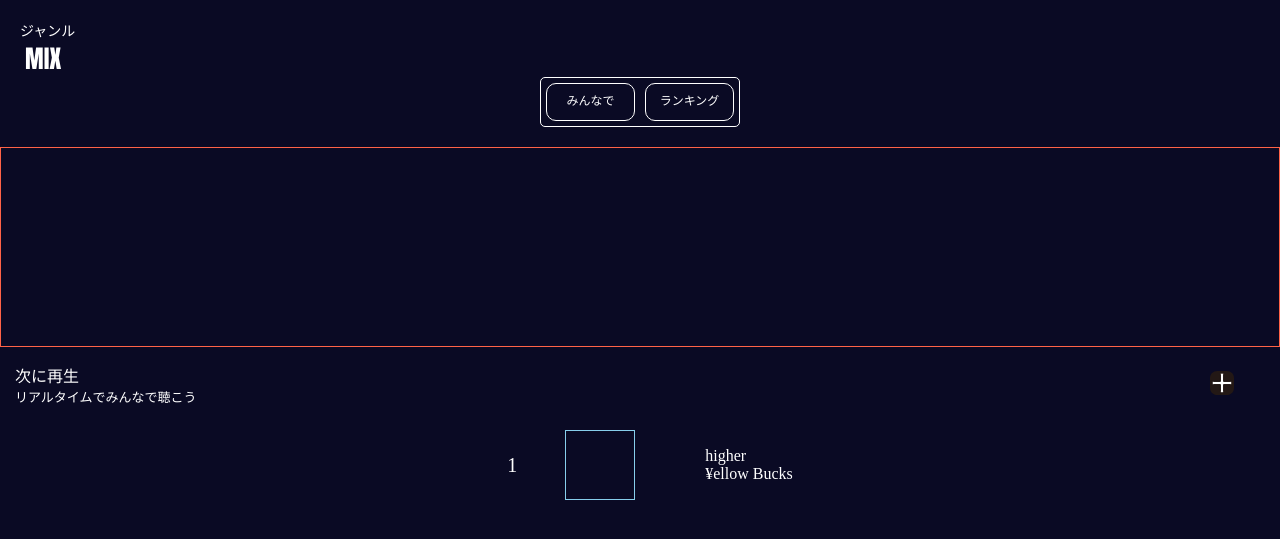
Repository: FujieRyou/2024_team
Page: /LoggedIn
An editor plug-in stored every save of this project. The page is shown before and after the next save, followed by the edit.
The browser window is 1280 px wide. The pictures show the whole page.
The project was rebuilt for these pictures with package versions that can differ from the ones it lists, and the page was loaded fresh each time. The framework's server and built-in components were replaced by stand-ins that run in the browser. Also part of the build but not shown: next.config.js.

Above is the page before, as saved 2024-01-10 11:22:33.

### src/pages/_app.jsx
import "@/styles/ress.css"
import '@/styles/index.css'

export default function App({ Component, pageProps }) {
  return <Component {...pageProps} />
}

### src/pages/LoggedIn.jsx
import React from 'react'

function LoggedIn (){
    return(
    <div id="container_wrap">
        <header>
            <div id="genre_wrap">ジャンル</div>
            <div id="mix_wrap">MIX</div>
            <div id="btn">
                <div className="everyone">みんなで</div>
                <div className="ranking">ランキング</div>
            </div>
        </header>
        <div id="main_img">
            <div className="scrollContent">
                <div className="scrollWrap">
                </div>
            </div>

        </div>
        <div id="maincontent_wrap">
            <div id="addition_wrap">
                    <p className='addition'>次に再生<br/><span>リアルタイムでみんなで聴こう</span></p>
                    <a href="">
                        <img src="./img/plusBtn.svg" alt="" />
                    </a>
            </div>
            <div id="songContent_wrap">
                <p className="song_num">1</p>
                <div id="song_wrap">
                    <div id="singer_wrap">
                        <p className="songtitle">higher</p>
                        <p className="singer">¥ellow Bucks</p>
                    </div>
                    <div className="song_img">
                    </div>
                </div>
            </div>
        </div>
    </div>
    )
}

export default LoggedIn

### src/styles/ress.css
/*!
 * ress.css • v4.0.0
 * MIT License
 * github.com/filipelinhares/ress
 */

/* # =================================================================
   # Global selectors
   # ================================================================= */

   html {
    box-sizing: border-box;
    -webkit-text-size-adjust: 100%; /* Prevent adjustments of font size after orientation changes in iOS */
    word-break: normal;
    -moz-tab-size: 4;
    tab-size: 4;
  }

  *,
  ::before,
  ::after {
    background-repeat: no-repeat; /* Set `background-repeat: no-repeat` to all elements and pseudo elements */
    box-sizing: inherit;
  }

  ::before,
  ::after {
    text-decoration: inherit; /* Inherit text-decoration and vertical align to ::before and ::after pseudo elements */
    vertical-align: inherit;
  }

  * {
    padding: 0; /* Reset `padding` and `margin` of all elements */
    margin: 0;
  }

  /* # =================================================================
     # General elements
     # ================================================================= */

  hr {
    overflow: visible; /* Show the overflow in Edge and IE */
    height: 0; /* Add the correct box sizing in Firefox */
    color: inherit; /* Correct border color in Firefox. */
  }

  details,
  main {
    display: block; /* Render the `main` element consistently in IE. */
  }

  summary {
    display: list-item; /* Add the correct display in all browsers */
  }

  small {
    font-size: 80%; /* Set font-size to 80% in `small` elements */
  }

  [hidden] {
    display: none; /* Add the correct display in IE */
  }

  abbr[title] {
    border-bottom: none; /* Remove the bottom border in Chrome 57 */
    /* Add the correct text decoration in Chrome, Edge, IE, Opera, and Safari */
    text-decoration: underline;
    text-decoration: underline dotted;
  }

  a {
    background-color: transparent; /* Remove the gray background on active links in IE 10 */
  }

  a:active,
  a:hover {
    outline-width: 0; /* Remove the outline when hovering in all browsers */
  }

  code,
  kbd,
  pre,
  samp {
    font-family: monospace, monospace; /* Specify the font family of code elements */
  }

  pre {
    font-size: 1em; /* Correct the odd `em` font sizing in all browsers */
  }

  b,
  strong {
    font-weight: bolder; /* Add the correct font weight in Chrome, Edge, and Safari */
  }

  /* https://gist.github.com/unruthless/413930 */
  sub,
  sup {
    font-size: 75%;
    line-height: 0;
    position: relative;
    vertical-align: baseline;
  }

  sub {
    bottom: -0.25em;
  }

  sup {
    top: -0.5em;
  }

  table {
    border-color: inherit; /* Correct border color in all Chrome, Edge, and Safari. */
    text-indent: 0; /* Remove text indentation in Chrome, Edge, and Safari */
  }

  /* # =================================================================
     # Forms
     # ================================================================= */

  input {
    border-radius: 0;
  }

  /* Replace pointer cursor in disabled elements */
  [disabled] {
    cursor: default;
  }

  [type='number']::-webkit-inner-spin-button,
  [type='number']::-webkit-outer-spin-button {
    height: auto; /* Correct the cursor style of increment and decrement buttons in Chrome */
  }

  [type='search'] {
    -webkit-appearance: textfield; /* Correct the odd appearance in Chrome and Safari */
    outline-offset: -2px; /* Correct the outline style in Safari */
  }

  [type='search']::-webkit-search-decoration {
    -webkit-appearance: none; /* Remove the inner padding in Chrome and Safari on macOS */
  }

  textarea {
    overflow: auto; /* Internet Explorer 11+ */
    resize: vertical; /* Specify textarea resizability */
  }

  button,
  input,
  optgroup,
  select,
  textarea {
    font: inherit; /* Specify font inheritance of form elements */
  }

  optgroup {
    font-weight: bold; /* Restore the font weight unset by the previous rule */
  }

  button {
    overflow: visible; /* Address `overflow` set to `hidden` in IE 8/9/10/11 */
  }

  button,
  select {
    text-transform: none; /* Firefox 40+, Internet Explorer 11- */
  }

  /* Apply cursor pointer to button elements */
  button,
  [type='button'],
  [type='reset'],
  [type='submit'],
  [role='button'] {
    cursor: pointer;
    color: inherit;
  }

  /* Remove inner padding and border in Firefox 4+ */
  button::-moz-focus-inner,
  [type='button']::-moz-focus-inner,
  [type='reset']::-moz-focus-inner,
  [type='submit']::-moz-focus-inner {
    border-style: none;
    padding: 0;
  }

  /* Replace focus style removed in the border reset above */
  button:-moz-focusring,
  [type='button']::-moz-focus-inner,
  [type='reset']::-moz-focus-inner,
  [type='submit']::-moz-focus-inner {
    outline: 1px dotted ButtonText;
  }

  button,
  html [type='button'], /* Prevent a WebKit bug where (2) destroys native `audio` and `video`controls in Android 4 */
  [type='reset'],
  [type='submit'] {
    -webkit-appearance: button; /* Correct the inability to style clickable types in iOS */
  }

  /* Remove the default button styling in all browsers */
  button,
  input,
  select,
  textarea {
    background-color: transparent;
    border-style: none;
  }

  a:focus,
  button:focus,
  input:focus,
  select:focus,
  textarea:focus {
    outline-width: 0;
  }

  /* Style select like a standard input */
  select {
    -moz-appearance: none; /* Firefox 36+ */
    -webkit-appearance: none; /* Chrome 41+ */
  }

  select::-ms-expand {
    display: none; /* Internet Explorer 11+ */
  }

  select::-ms-value {
    color: currentColor; /* Internet Explorer 11+ */
  }

  legend {
    border: 0; /* Correct `color` not being inherited in IE 8/9/10/11 */
    color: inherit; /* Correct the color inheritance from `fieldset` elements in IE */
    display: table; /* Correct the text wrapping in Edge and IE */
    max-width: 100%; /* Correct the text wrapping in Edge and IE */
    white-space: normal; /* Correct the text wrapping in Edge and IE */
    max-width: 100%; /* Correct the text wrapping in Edge 18- and IE */
  }

  ::-webkit-file-upload-button {
    /* Correct the inability to style clickable types in iOS and Safari */
    -webkit-appearance: button;
    color: inherit;
    font: inherit; /* Change font properties to `inherit` in Chrome and Safari */
  }

  /* # =================================================================
     # Specify media element style
     # ================================================================= */

  img {
    border-style: none; /* Remove border when inside `a` element in IE 8/9/10 */
  }

  /* Add the correct vertical alignment in Chrome, Firefox, and Opera */
  progress {
    vertical-align: baseline;
  }

  /* # =================================================================
     # Accessibility
     # ================================================================= */

  /* Specify the progress cursor of updating elements */
  [aria-busy='true'] {
    cursor: progress;
  }

  /* Specify the pointer cursor of trigger elements */
  [aria-controls] {
    cursor: pointer;
  }

  /* Specify the unstyled cursor of disabled, not-editable, or otherwise inoperable elements */
  [aria-disabled='true'] {
    cursor: default;
  }

### src/styles/index.css
html,body{
    width: 100vw;
    height: 100vh;
    background-color: #0A0A24;
    color: #fff;
}

nav{
    width: 100%;
    height: 81px;
    display: flex;
    justify-content: space-around;
    position: fixed;
    bottom: 0px;
    background-color: #0A0A24;
    border-top: solid 1px #8E8E8E;
}

.iconWrap{
    display: flex;
    flex-direction: column;
    align-items: center;
    justify-content: center;
}

.iconWrap a{
    display: flex;
    flex-direction: column;
    align-items: center;
    justify-content: center;
    text-decoration: none;
}

.iconWrap p{
    font-size: 10px;
    margin-top: 4px;
    color: #fff;
}

.loginWrap{
    width: 100vw;
    height: 100vh;
    padding-top: 200px;
}

.indexWrap{
    width: 100%;
    height: 100%;
}

/* h2{
    font-size: 64px;
    text-align: center;
    font-family: sans-serif;
    padding-top: 30px;
} */

.appName{
    font-size: 64px;
    text-align: center;
    font-family: sans-serif;
    padding-top: 30px;
    margin-top: 30px;
    color: #fff;
}

.signBtnWrap{
    width: 100%;
    height: auto;
}

.signBtn{
    display: flex;
    align-items: center;
    justify-content: center;
    width: 200px;
    height: 54px;
    border-radius: 30px;
    background-color: rgb(65, 243, 65);
    font-size: 16px;
    /* box-shadow: 3px 1px 3px 1px rgb(235, 235, 235); */
    margin: 0 auto;
    margin-top: 280px;
    color: #000;
    text-decoration: none;
}

.logoBox{
    width: 64px;
    height: 64px;
    background-color: gray;
    color: #fff;
    margin: 0 auto;
    display: flex;
    justify-content: center;
    align-items: center;
}

h2{
    text-align: center;
}

.searchWrap{
    margin-top: 69px;
    margin-bottom: 11px;
    padding: 0px 13px;
}

.searchTxt{
    width: 100%;
    height: 40px;
    border: solid 1px #000;
    background-color: #28376C;
    color: #fff;
    padding: 7px 18px;
    border-radius: 13px;

}

.searchBtn{
    width: 64px;
    height: 32px;
    background-color: aquamarine;
}

.searchResults{
    display: flex;
    gap: 8px;
    width: 100%;
    height: 88px;
    padding: 8px;
    overflow: hidden;
}

.searchResultsImg{
    width: 80px;
    height: 80px;
}

.searchResultsTxt p{
    width: 288px;
    font-size: 14px;
}

.genreWrap{
    padding: 0px 21px;
}

.genreWrap p{
    padding-left: 74px;
    margin-bottom: 12px;
}

.genruBtnWrap{
    display: flex;
    flex-wrap: wrap;
    padding: 0px 8px;
    gap: 16px 12px;
    margin: 0 auto;
}

.genruBtnWrap > button{
    width: 172px;
    height: 86px;
    background-color: #F42C2C;
    border-radius: 10px;
}

#genre_wrap{
    padding-top: 20px;
    align-items: center;
    color: #fff;
    font-size: 14px;
    margin-left: 20px;
    font-family: 'Noto Sans JP', sans-serif;
}

/* MIX */
#mix_wrap{
    font-size: 25px;
    font-family:Impact, Haettenschweiler, 'Arial Narrow Bold', sans-serif;
    margin-left: 25px;
}

/*genre btn*/
#btn{
    display: flex;
    justify-content: center;
    align-items: center;
    width: 200px;
    height: 50px;
    border: solid 1px #fff;
    border-radius: 5px;
    margin: 0 auto;
    text-align: center;
    margin-bottom: 20px;
}

.everyone{
    width: 80%;
    height: 80%;
    line-height: 35px;
    margin:0 5px;
    border: solid 1px #fff;
    border-radius: 10px;
    font-size: 12px;
    font-family:  'Noto Sans JP', sans-serif;
}

.ranking{
    width: 80%;
    height: 80%;
    line-height: 35px;
    margin:0 5px;
    border: solid 1px #fff;
    border-radius: 10px;
    font-size: 12px;
    font-family:  'Noto Sans JP', sans-serif;;
}


/*main*/
#main_img{
    width: 100%;
    height: 200px;
    border: solid 1px tomato;
    margin: 0 auto;

}

/*見出し*/
#addition_wrap{
    width: 100%;
    margin-top: 16px;
    margin-bottom: 24px;
    padding: 0px 46px 0px 15px;
    display: flex;
    align-items: center;
    justify-content: space-between;
}
.addition{
    font-size: 16px;
    font-family:  'Noto Sans JP', sans-serif;
}
.addition > span{
    font-size: 13px;
}
.dli-plus {
    display: inline-block;
    vertical-align: middle;
    justify-content: center;
    color: #fff;
    line-height: 20px;
    width: 1.5rem;
    height:0.15rem;
    background: #efefef;
    border-radius: 1rem;
    position: relative;
    top:24px;
    left:10px;
}

.dli-plus::before {
    content: '';
    position: absolute;
    top: 0;
    left: 0;
    width: 100%;
    height: 100%;
    background: inherit;
    border-radius: inherit;
    transform: rotate(90deg);

}
#addition_wrap{
    display: flex;
}
#addition_wrap  .back{
    display: block;
    background: #231815;
    width: 35px;
    height:35px;
    border-radius: 25%;
    margin-right: 50px;
}
.addition-text{
    font-size: 30px;
    font-family:'Noto Sans JP', sans-serif;

}

#plus_btn{
    /* align-items: center; */
    margin-left:220px;
    margin-top: -18px;
}

/*music list*/
#songContent_wrap{
    display: flex;
    justify-content: center;
    align-items: center;
    margin-bottom: 15px;
}

.song_num{
    font-size: 20px;
    margin: 0 20px;
}

#song_wrap{
    display: flex;
    flex-direction: row-reverse;
    gap: 70px;
    justify-content: center;
    align-items: center;
}


.song_img{
    border: solid 1px skyblue;
    width: 70px;
    height: 70px;
    margin-left: 28px;
}
.button_wrap{
    display: flex;
    flex-direction: column;
}
.button{
    width: 20px;
    height: 20px;
    border-radius: 50%;
    background-color: #d9d9d9;
    display: flex;
    justify-content: center;
}

.button p{
    display: flex;
    justify-content: center;
    align-items: center;
    text-align: center;
    gap: 3px;
}

.button p span{
    width: 3px;
    height: 3px;
    border-radius: 50%;
    background-color: #000;

}

Loaded but not shown: src/pages/_document.jsx (common file)

After the next save:
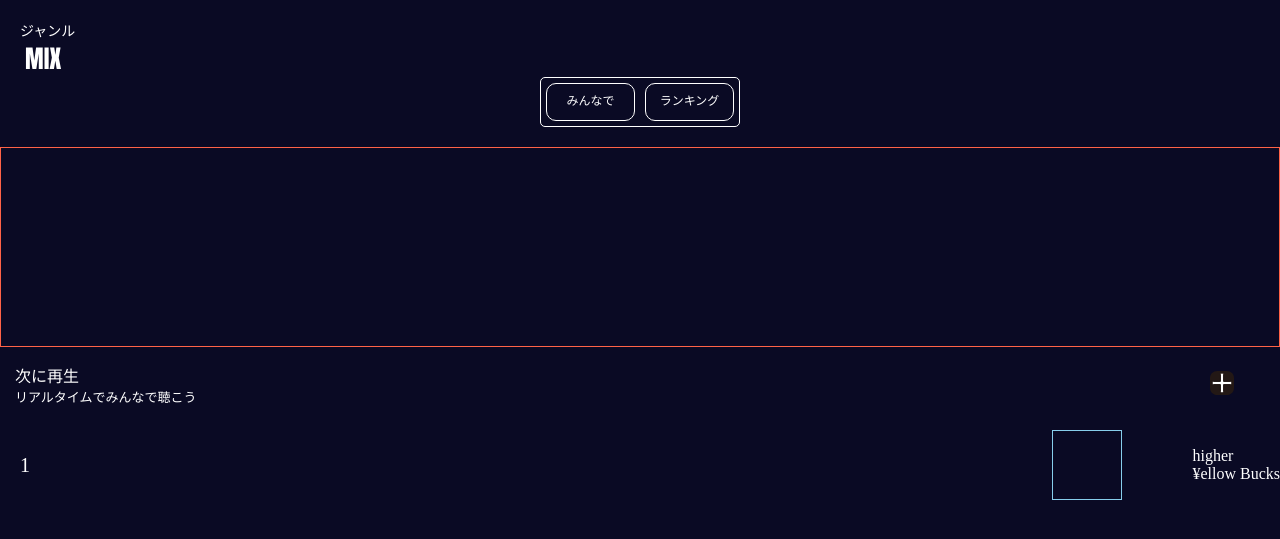
Saved 2 min 37 s later.
--- a/src/styles/index.css
+++ b/src/styles/index.css
@@ -298,7 +298,7 @@ h2{
 /*music list*/
 #songContent_wrap{
     display: flex;
-    justify-content: center;
+    justify-content: space-between;
     align-items: center;
     margin-bottom: 15px;
 }
